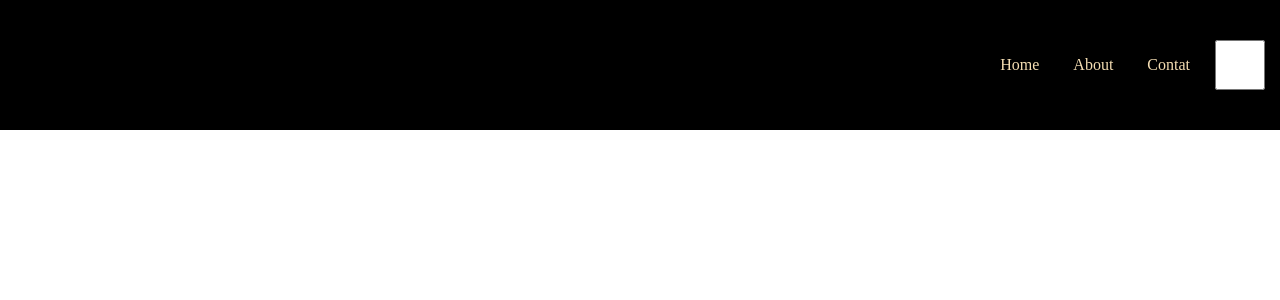
Repository: imokha01/toggleNavBar
Page: index.html
The author's editor kept a copy of each file at every save. The page is drawn from the files as they stood at one save, then again after the next save.
The browser window is 1280 px wide. The pictures show the whole page.

Above is the page before, as saved 2023-12-26 22:25:05.

After the next save:
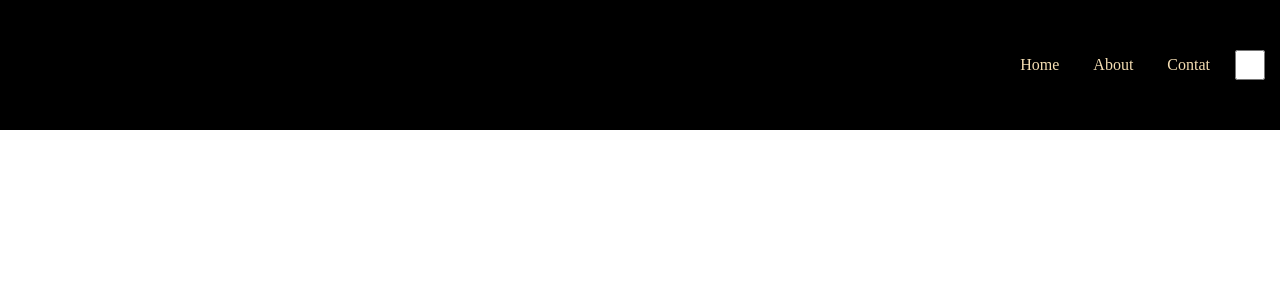
Saved 13 s later.
--- a/style.css
+++ b/style.css
@@ -31,7 +31,7 @@
 }
 
 .checkbox {
-    width: 50px;
+    width: 30px;
     height:100px;
     border-radius: 100px;
     /* appearance: none; */
